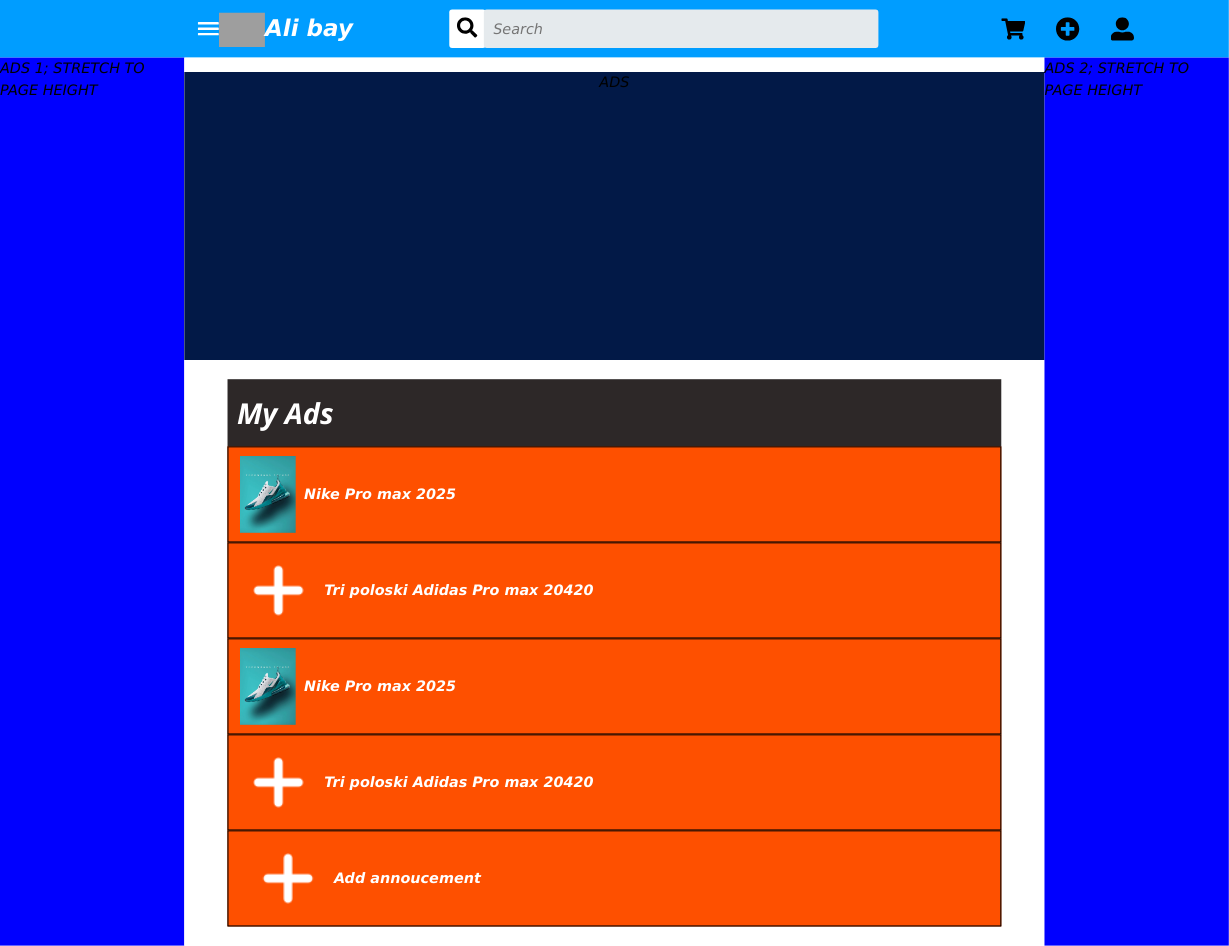
Repository: Aramys21/alibay-site
Page: public/ad_list.html
These files come from the project's save history. The page is drawn as it stood at one moment and after a run of saves; the edit follows.
The browser window is 1280 px wide. The pictures show the whole page, at 96% of full size.
Pictures or frames that could not be fetched are drawn as grey boxes.

Above is the page before, as saved 2023-04-05 00:49:10.

### public/ad_list.html
<!DOCTYPE html>
<html>
  <head>
	<link rel="stylesheet" href="src/css/w3.css">
	<link rel="stylesheet" href="src/css/style.css">
	<link rel="stylesheet" href="src/css/style4.css">
    <title>Ads List Page</title>
  </head>
  <body>
	<div class="w3-sidebar w3-bar-block w3-card w3-animate-left side-bar" style="display:none" id="mySidebar">
		<!-- Side bar Menu -->
		<div class="sidebar-language">
			<button class="w3-bar-item w3-button w3-xlarge sidebar">ENG</button>
			<button class="w3-bar-item w3-button w3-xlarge sidebar">FR</button>
			<button class="w3-bar-item w3-button w3-xlarge sidebar">عربي</button>
		</div>
		<!-- contents of side bar -->
		<a class="w3-bar-item sidebar-title">Compte</a>
		<a href="login.html" class="w3-bar-item sidebar-link"><img class="search-icon" src="src/icons/account-white-icon.svg" style="height:12px;"> Login</a>
		<a href="register.html" class="w3-bar-item sidebar-link"><img class="search-icon" src="src/icons/account-add-icon.svg" style="height:12px;"> Register</a>
		<!-- separator -->
		<a class="w3-bar-item sidebar-title">Categories</a>
		<a href="#" class="w3-bar-item sidebar-link"><img class="search-icon" src="src/icons/perfume-icon.svg" style="height:18px;"> Cosmetique et beauté</a>
		<a href="#" class="w3-bar-item sidebar-link"><img class="search-icon" src="src/icons/watch-icon.svg" style="height:18px;"> Accessoire de mode</a>
		<a href="#" class="w3-bar-item sidebar-link"><img class="search-icon" src="src/icons/car-icon.svg" style="height:18px;"> Véhicules</a>
		<a href="#" class="w3-bar-item sidebar-link"><img class="search-icon" src="src/icons/battery-icon.svg" style="height:18px;"> piéces détachées</a>
		<a href="#" class="w3-bar-item sidebar-link"><img class="search-icon" src="src/icons/android-icon.svg" style="height:18px;"> Téléphones</a>
		<a href="#" class="w3-bar-item sidebar-link"><img class="search-icon" src="src/icons/headphones-icon.svg" style="height:18px;"> Accessoires de téléphones</a>
		<a href="#" class="w3-bar-item sidebar-link"><img class="search-icon" src="src/icons/appliance-icon.svg" style="height:18px;"> Electronique et electroménager</a>
		<a href="vetements.html" class="w3-bar-item sidebar-link"><img class="search-icon" src="src/icons/clothes-icon.svg" style="height:18px;"> Vétements</a>
	</div>

   <div id="navbar" class="navbar">
		<a href="#" id="openNav" class="w3-large navbar-first" onclick="menu_click()"><svg width="22" height="14" viewBox="0 0 22 14" fill="none" xmlns="http://www.w3.org/2000/svg">
			<path d="M0.785714 2.57143H21.2143C21.6482 2.57143 22 2.31561 22 2V0.571429C22 0.255821 21.6482 0 21.2143 0H0.785714C0.351754 0 0 0.255821 0 0.571429V2C0 2.31561 0.351754 2.57143 0.785714 2.57143ZM0.785714 8.28571H21.2143C21.6482 8.28571 22 8.02989 22 7.71429V6.28571C22 5.97011 21.6482 5.71429 21.2143 5.71429H0.785714C0.351754 5.71429 0 5.97011 0 6.28571V7.71429C0 8.02989 0.351754 8.28571 0.785714 8.28571ZM0.785714 14H21.2143C21.6482 14 22 13.7442 22 13.4286V12C22 11.6844 21.6482 11.4286 21.2143 11.4286H0.785714C0.351754 11.4286 0 11.6844 0 12V13.4286C0 13.7442 0.351754 14 0.785714 14Z" fill="white"/>
			</svg>
			</a>
		<div class="navbar__logo"><a href="home.html"><img src="src/images/logo-ab.png" style="width:8%;height:auto;"/>Ali bay</a></div>
		<div class="navbar__search">
		<a class="search-icon-link" href="#"><img class="search-icon" src="src/icons/search-icon.svg" style="width:22px;"></a>
		<input type="text" placeholder="Search" class="navbar__search__input"/>
		</div>
		<div class="navbar__links">


			<div class="dropdown">
				<a href="#" class="dropbtn"><img class="nav-icons" src="src/icons/cart-icon.svg"></a>
				<div id="dropdown-cart" class="dropdown-content">
					<p>My Cart</p>
					<a href="#"><img class="search-icon" src="src/icons/clothes-icon.svg"> Link 1</a>
					<a href="#"><img class="search-icon" src="src/icons/watch-icon.svg"> Link 2</a>
					<a href="#"><img class="search-icon" src="src/icons/appliance-icon.svg"> Link 3</a>
				</div>
			</div>

			<div class="dropdown">
				<a href="ad_list.html" class="dropbtn"><img class="nav-icons" src="src/icons/add-icon.svg"></a>
			</div>

			<div class="dropdown">
				<a href="#" class="dropbtn"><img class="nav-icons" src="src/icons/account-icon.svg"></a>
				<div id="dropdown-acc" class="dropdown-content">
					<p>My Account</p>
					<div class="dropdown-acc-info-container">
						<div class="dropdown-acc-icon"><img id="dropdown-account-icon" src="src/icons/account-icon.svg"></div>
						<a id="dropdown-acc-username">WexDex</a>
					</div>

					<a href="#">Disconnect</a>
				</div>
			</div>

      </div>
    </div>
	<script>
		function menu_click() {
		  if (document.getElementById("mySidebar").style.display === "none") {
			  document.getElementById("mySidebar").style.left = "0";
			  document.getElementById("mySidebar").style.width = "15%";
			  document.getElementById("mySidebar").style.display = "block";
		  }
		  else {
			  document.getElementById("mySidebar").style.display = "none";
		  }
		}
		function w3_close() {
			  document.getElementById("mySidebar").style.display = "none";
		}
	</script>

	<!-- Body Start -->
	<div id="container" style="display:flex;">
	<div class="left">ADS 1; STRETCH TO PAGE HEIGHT</div>
	<div class="main">
		<!-- ADS -->
		<div class="ad-box">
			<p>ADS</p>
		</div>
		<!-- main content -->

		<div class="list-container">
			<div class="list-label"><h2>My Ads</h2></div>
			<!-- Item list -->

			<!-- Single item start -->
			<div class="list-item">
				<a><img src="src/images/ades (1).png"></a>
				<a>Nike Pro max 2025</a>
			</div>
			<!-- single item end -->

			<!-- Single item start -->
			<div class="list-item">
				<a><img src="src/images/ades (2).png"></a>
				<a>Tri poloski Adidas Pro max 20420</a>
			</div>
			<!-- single item end -->

			<!-- Single item start -->
			<div class="list-item">
				<a><img src="src/images/ades (1).png"></a>
				<a>Nike Pro max 2025</a>
			</div>
			<!-- single item end -->

			<!-- Single item start -->
			<div class="list-item">
				<a><img src="src/images/ades (2).png"></a>
				<a>Tri poloski Adidas Pro max 20420</a>
			</div>
			<!-- single item end -->
			<div class="list-item link-list-item">
				<a class="link-item-list-full" href="#">
			<a href="#"><img src="src/images/ades (2).png"></a>
			<a href="#" style="text-decoration: none;">Add annoucement</a>
				</a>
			</div>
		</div>


	</div>
		<div class="right">ADS 2; STRETCH TO PAGE HEIGHT</div>
	</div>

	<a href="#" class="back-to-top"></a>
	<script>
		const backToTopButton = document.querySelector('.back-to-top');

		window.addEventListener('scroll', () => {
		  if (window.scrollY > 200) {
			backToTopButton.classList.add('show');
		  } else {
			backToTopButton.classList.remove('show');
		  }
		});

		backToTopButton.addEventListener('click', () => {
		  window.scrollTo({ top: 0, behavior: 'smooth' });
		});

	</script>
  </body>
</html>

### public/src/css/style.css
html,
body {

  font-style: italic;
}

/* Style for the navbar */
  .navbar {
	display: flex;
	justify-content: space-between;
	align-items: center;
	background-color: #009dff;
	color: #fff;
	padding: 10px;
	height: 60px;
  }
  .navbar__logo a {
	font-size: 24px;
	font-weight: bold;
	display: inline;
	color: #fff;
	text-decoration: none;

  }
  .navbar__logo img {
	  width:20% !important;
  }
  .navbar-first {
	  margin-left: 15%;
  }
  .navbar__logo {
	  display: inline;
	  width: 30%;
  }
  .navbar__search {
	  display: flex;
	  width:70%;
  }

  .navbar__search__input {
	/* margin: 0 20px; */
	margin-left: -2px;
	height: 40px;
	border-radius: 3px;
	border: none;
	padding: 0 10px;
	z-index: 1;
  }

  input[type="text"].navbar__search__input {
	margin-right: 20%;
	width: 100% !important;
	background-color: #e5eaed;
  }
  .search-icon-link {
	padding-top: 7px;
	background-color: #ffffff;
	border-radius: 3px;
	border: none;
	padding-left: 8px;
	padding-right: 8px;
  }

  .navbar__links {
	display: flex;
	margin-right: 5%;
  }
  .navbar__links a {
	color: #000;
	text-decoration: none;
	margin-right: 30px;
	font-size: 20px;
	margin-right: 50px;
  }
  .navbar__links a:last-child {
	margin-right: 0;
  }


  .nav-icons {
	  fill: black;
	  color: black;
  }

.side-bar {
	transition: 0.5s;
	background-color: #009dff;
	color: #fff;
}

#navbar {
  transition: margin-left .5s;
  padding: 20px;
}

@media screen and (max-height: 450px) {
  .navbar {padding-top: 15px;}
  .navbar a {font-size: 18px;}
}

/* Drop down */

.dropdown {
  float: left;
  overflow: hidden;
}

.dropdown .dropbtn {
  font-size: 16px;
  border: none;
  outline: none;
  color: white;
  padding: 14px 16px;
  background-color: inherit;
  font-family: inherit;
  margin: 0;
}

.navbar a:hover, .dropdown:hover .dropbtn {

}

.dropdown-content {
  display: none;
  position: absolute;
  background-color: #f9f9f9;
  box-shadow: 0px 8px 16px 0px rgba(0,0,0,0.2);
  z-index: 1;
  right : 10px;
}
#dropdown-cart {
	min-width: 400px;
}
#dropdown-acc {
	min-width: 250px;
}

.dropdown-acc-info-container {
	display: flex;
	align-items: center;
	background-color: #2D2828;
}
.dropdown-acc-info-container a {
	color: white;
	font-size: 20px;

}

.dropdown-acc-icon {
  display: flex;
  justify-content: center;
  align-items: center;
  width: 70px;
  height: 70px !important;
  border-radius: 50%;
  background-color: #FE5000;
  margin-bottom: 5px;
  color: white;
  margin: 5px;
}

.dropdown-acc-icon img {
	fill: #fff;
	color: #fff;
}

.dropdown-content a:not([id="dropdown-acc-username"]),.dropdown-content p,.dropdown-content img {
  float: none;
  color: #fff;
  padding: 6px 10px;
  text-decoration: none;
  display: flex;
  text-align: left;
  margin-right: 0;
  background-color: #FE5000;
}
.dropdown-content img {
	background-color: transparent;
}
.dropdown-content a {
	display: flex;
}

.dropdown-content p {
	background-color: #2D2828;
	margin-bottom: 0;
	margin-top: 0;
	font-size: 20px;
	color: #fff;
}
#dropdown-acc p {
	background-color: #000;
}

.dropdown-content a:hover:not([id="dropdown-acc-username"]),.dropdown-content img:hover {
  background-color: #942B0A;
}
#dropdown-account-icon:hover {
	background-color: transparent;
}

.dropdown:hover .dropdown-content {
  display: block;
}

/* Sidebar */

.sidebar-language button {
	width: 34%;
	font-size: 20px;
}
.sidebar-language {
	display: flex;
	background-color: #0077ff;
	color: #fff;
}
a.sidebar-title, a.sidebar-link {
	text-decoration: none;
}
a.sidebar-link {
	margin-left: 5%;
}
a.sidebar-link:hover {
	background-color: #942B0A;
}


/* Body Structure */
.container {
  justify-content: center;
  align-items: center;
}
.left,
.right {
  display:flex;
  /* height: 100%; */
  width: 15%;
}
.left {
  background-color: blue;
}

.right {
  background-color: blue;
}

.main {
  height: 100%;
  background-color: white;
  width: 70%;
}


/* Content */
.ad-box {
	height:300px;
	background-color: #021947;
	text-align: center;
	align-items: middle;
	margin: auto;
	width:100%;

}

.ad-box img {
	color: #000;
	font-size: 40px;
	margin: auto;
  background-size: cover;
  width: 100%;
  height: 100%;

}
.right img{
  width: 100%;
  height: 100%;

}

/* Categories */

.category-links {
	display: flex;
	justify-content: space-between;
	align-items: center;
  justify-content: center;
	background-color: #2D2828;
	height: 250px;
  padding-top: 10px;
	/* padding-left: 5%;
	padding-right: 5%; */
	flex-wrap: wrap;
	width:auto;
	/* margin-left: 15%; */
	/* margin-right: auto; */
}

.category-link {
  display: flex;
  flex-direction: column;
  justify-content: center;
  align-items: center;
  text-align: center;
  width: 100px;
  height: 120px;
  text-decoration: none;
  font-weight: bold;
  font-size: 1.2em;
  margin-right: 10px;
}

.category-icon {
  display: flex;
  justify-content: center;
  align-items: center;
  width: 70px;
  height: 70px !important;
  border-radius: 50%;
  background-color: #009dff;
  margin-bottom: 5px;
  color: white;
}
.category-icon.active-category {
  background-color: #8CBE39;
}

.category-icon img {
	fill: #fff;
	color: #fff;
}
.icn{
color: #fff;
fill: #fff;
height: 75% ;
}
.category-text {
  display: flex;
  text-overflow: ellipsis;
  overflow: hidden;
  word-wrap: break-word;
  color: white;
  font-size: 1rem;
  height: 50px;
}
/* Filter Bar */
.filter-container {
	/* width: 80%; */
	margin: auto;
	margin-top: 20px;
	display: flex;
	justify-content: center;
}
.filter-bar {
	display: flex;
	width: 40%;
	margin-right: 10%;
}
.filter-bar input {
	width: 100%;
	background-color: #009dff;
	border: none;
	color: white;
	border-top-left-radius: 5px;
	border-bottom-left-radius: 5px;
}

.filter-search-icon-link {
	padding: 8px;
	background-color: #08024f;
	border-top-right-radius: 3px;
	border-bottom-right-radius: 3px;
	border: none;
  }
/* Filter Dropdown */
.filter-dropdown {
  position: relative;
  display: inline-block;
}

.filter-btn {
  background-color: #009dff;
  color: white;
  padding: 10px;
  border: none;
  cursor: pointer;
  border-radius: 15px;
  font-size: 18px;
}

.filter-content {
  display: none;
  position: absolute;
  background-color: #009dff;
  min-width: 200px;
  z-index: 1;
  padding: 10px;
  box-shadow: 0px 8px 16px 0px rgba(0,0,0,0.2);
  border: black solid 1px;
}
.filter-content select,.filter-content input {
	background-color: #2D2828;
	color: white;
}

.filter-content form {
  margin: 0;
}

.filter-content label {
  display: block;
  font-weight: bold;
  margin-bottom: 5px;
}

.filter-content select, .filter-content input {
  display: block;
  margin-bottom: 10px;
  width: 100%;
  padding: 5px;
  border: 1px solid #ccc;
  border-radius: 4px;
  box-sizing: border-box;
}

.filter-content button[type=submit] {
  background-color: #4CAF50;
  color: white;
  border: none;
  padding: 10px;
  cursor: pointer;
}

.filter-dropdown:hover .filter-content {
  display: block;
}


/* Products List */
.product-list {
	display: flex;
	flex-wrap: wrap;
	justify-content: space-between;
	padding-left: 10%;
	padding-right: 10%;
	padding-top: 5%;
	width:100%;
}

.product-card {
  width: calc((100% / 3) - 20px);
  margin-bottom: 20px;
  box-shadow: 0 0 5px rgba(0, 0, 0, 0.2);
  border-radius: 5px;
  overflow: hidden;
  background-color: #006afe;
}

.product-card-img {
  display: block;
  width: 100%;
  height: 350px;
}

.product-card h2 {
  font-size: 1.2em;
  margin: 10px;
}

.product-card p {
  font-size: 0.9em;
  margin: 10px;
  color: #555;
}

.product-icons {
	display: flex;
	align-items: center;
	width: 50%;
}

.product-card a.card-icon-links {
  margin-left: 20px;
  padding: 20px 0px;
  border: none;
  color: white;
  font-weight: bold;
  border-radius: 5px;
  cursor: pointer;
}

.card-icons img {
	width: 33%;
	height: 33%;
}

/* Back to Top button */
.back-to-top {
  display: none;
  position: fixed;
  bottom: 20px;
  right: 20px;
  width: 50px;
  height: 50px;
  background-color: #007bff;
  color: white;
  border-radius: 50%;
  text-align: center;
  line-height: 50px;
  font-size: 24px;
  cursor: pointer;
  z-index: 9999;
  transition: opacity 0.4s ease-in-out;
  text-decoration: none;
}

.back-to-top:before {
  content: "\2191";
  font-family: Arial, sans-serif;
  font-weight: bold;
}

.back-to-top:hover {
  opacity: 0.8;
}

.back-to-top.active {
  display: block;
}


.back-to-top.show {
  display: block;
  opacity: 1;
}

### public/src/css/style4.css
.list-container {
	width: 90%;
	background-color: #2D2828;
	margin: auto;
	margin-top: 20px;
	margin-bottom: 20px;
}

.list-label {
	min-height: 70px;
	max-height: 70px;
	display: flex;
    align-items: center;
}

.list-item {
	min-height: 100px;
	max-height: 100px;
	display: flex;
    align-items: center;
	background-color: #FE5000;

	border: black solid 1px;
}

.list-item img {
	height: 80px;
	margin-left: 3%;
}

.list-container h2 {
	color: white;
	font-weight: bold;
	margin-left: 10px;
}
a.link-list-item {
	background-color:green;
}
.list-item a {
	color: white;
	font-size: 30;
	font-weight: bold;
	margin-left: 10px;
}
link-item-list-full {
	width: 100%;
}

Loaded but not shown: public/src/css/w3.css (library)

After the next 3 saves:
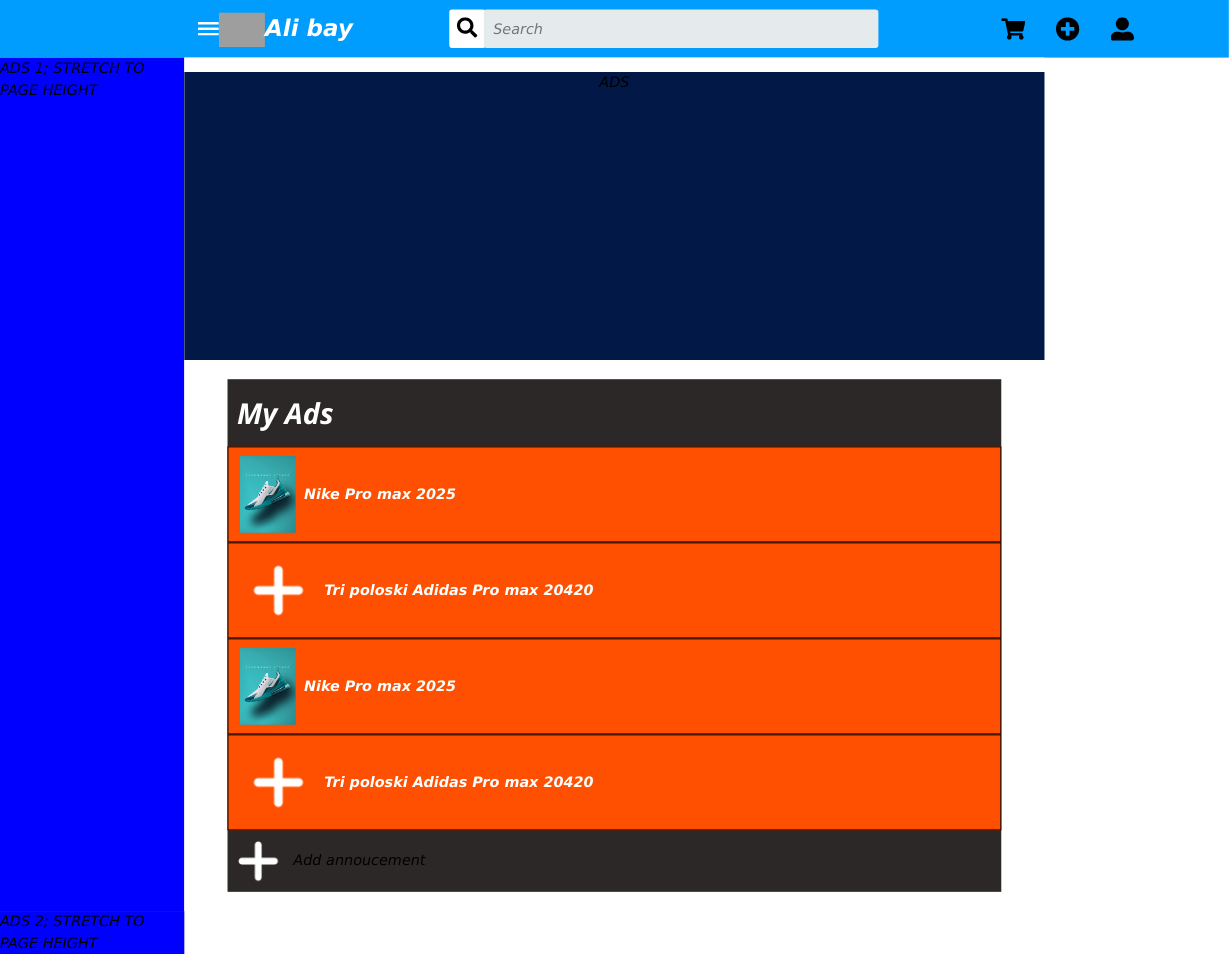
The 3 saves are shown as one change because they came seconds apart.
The last was saved 2 min 15 s later.
--- a/public/ad_list.html
+++ b/public/ad_list.html
@@ -129,8 +129,7 @@
 				<a>Tri poloski Adidas Pro max 20420</a>
 			</div>
 			<!-- single item end -->
-			<div class="list-item link-list-item">
-				<a class="link-item-list-full" href="#">
+			<a class="link-item-list-full" href="#">
 			<a href="#"><img src="src/images/ades (2).png"></a>
 			<a href="#" style="text-decoration: none;">Add annoucement</a>
 				</a>
